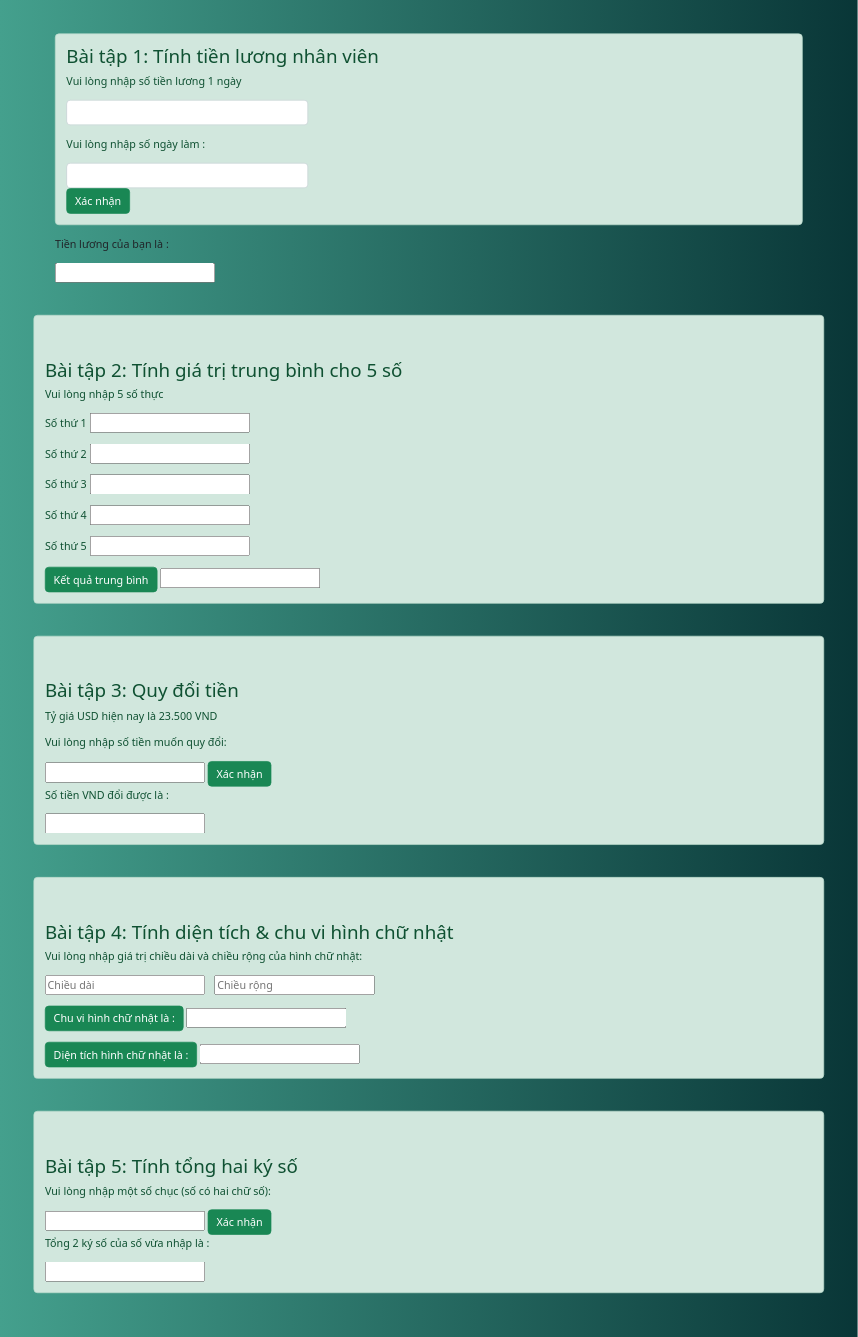
Repository: hcozyph/TranHuuPhuoc_BC43_BT_JS_Buoi2
Page: index.html
The author's editor kept a copy of each file at every save. The page is drawn from the files as they stood at one save, then again after a run of saves.
The browser window is 1280 px wide. The pictures show the whole page, at 67% of full size.

Above is the page before, as saved 2023-02-03 20:39:43.

### index.html
<!DOCTYPE html>
<html lang="en">
    <head>
        <title>BT JS - Buoi 1</title>
        <!-- Required meta tags -->
        <meta charset="utf-8" />
        <meta
            name="viewport"
            content="width=device-width, initial-scale=1, shrink-to-fit=no"
        />

        <!-- font-family -->
        <link
            href="//fonts.googleapis.com/css2?family=Pacifico&amp;display=swap"
            rel="stylesheet"
        />
        <link
            href="//fonts.googleapis.com/css2?family=Quicksand:wght@300;400;500;600;700&amp;display=swap"
            rel="stylesheet"
        />

        <!-- Bootstrap CSS v5.2.1 -->
        <link
            href="https://cdn.jsdelivr.net/npm/bootstrap@5.2.1/dist/css/bootstrap.min.css"
            rel="stylesheet"
            integrity="sha384-iYQeCzEYFbKjA/T2uDLTpkwGzCiq6soy8tYaI1GyVh/UjpbCx/TYkiZhlZB6+fzT"
            crossorigin="anonymous"
        />

        <!-- FontAwesome 6.2.0 CSS -->
        <link
            rel="stylesheet"
            href="https://cdnjs.cloudflare.com/ajax/libs/font-awesome/6.2.0/css/all.min.css"
            integrity="sha512-xh6O/CkQoPOWDdYTDqeRdPCVd1SpvCA9XXcUnZS2FmJNp1coAFzvtCN9BmamE+4aHK8yyUHUSCcJHgXloTyT2A=="
            crossorigin="anonymous"
            referrerpolicy="no-referrer"
        />

        <!-- index.css -->
        <link rel="stylesheet" href="./style/index.css" />
    </head>

    <body>
        <div class="btvn">
            <!-- BT1 -->
            <div class="container">
                <!-- BT-1 -->
                <div class="BT1 alert alert-success">
                    <h1 class="fs-3">Bài tập 1: Tính tiền lương nhân viên</h1>

                    <div class="col-4">
                        <p>Vui lòng nhập số tiền lương 1 ngày</p>

                        <input
                            type="text"
                            id="luongMotNgay"
                            class="form-control"
                        />
                    </div>

                    <div class="col-4 mt-3">
                        <p>Vui lòng nhập số ngày làm :</p>

                        <input
                            type="number"
                            id="soNgayLam"
                            class="form-control"
                        />
                    </div>


                        <button
                            class="btn btn-success"
                            id="btnXacNhan"
                            onclick="inputSoNgayLam()"
                        >
                            Xác nhận
                        </button>
                    </div>

                    <p>Tiền lương của bạn là :</p>
                    <input type="text" id="result" />
                </div>

                <!-- BT2 -->
                <div class="BT2 alert alert-success mt-5">
                    <h1 class="fs-3 mt-5">
                        Bài tập 2: Tính giá trị trung bình cho 5 số
                    </h1>
                    <p>Vui lòng nhập 5 số thực</p>

                    <p>Số thứ 1 <input type="number" id="n1" /></p>
                    <p>Số thứ 2 <input type="number" id="n2" /></p>
                    <p>Số thứ 3 <input type="number" id="n3" /></p>
                    <p>Số thứ 4 <input type="number" id="n4" /></p>
                    <p>Số thứ 5 <input type="number" id="n5" /></p>

                    <button
                        class="btn btn-success"
                        id="btnAverage"
                        onclick="average()"
                    >
                        Kết quả trung bình
                    </button>
                    <input type="text" id="average" />
                </div>

                <!-- BT3 -->
                <div class="BT3 alert alert-success mt-5">
                    <h1 class="fs-3 mt-5">Bài tập 3: Quy đổi tiền</h1>
                    <p>Tỷ giá USD hiện nay là 23.500 VND</p>
                    <p>Vui lòng nhập số tiền muốn quy đổi:</p>

                    <input type="number" id="inputUsd" />
                    <button
                        class="btn btn-success"
                        id="btnTradeMoney"
                        onclick="tradeMoney ()"
                    >
                        Xác nhận
                    </button>

                    <p>Số tiền VND đổi được là :</p>
                    <input type="text" id="tradeMoney" />
                </div>

                <!-- BT4 -->
                <div class="BT4 alert alert-success mt-5">
                    <h1 class="fs-3 mt-5">
                        Bài tập 4: Tính diện tích & chu vi hình chữ nhật
                    </h1>
                    <p>
                        Vui lòng nhập giá trị chiều dài và chiều rộng của hình
                        chữ nhật:
                    </p>

                    <input type="number" id="length" placeholder="Chiều dài" />
                    <input
                        style="margin-left: 10px"
                        type="number"
                        id="width"
                        placeholder="Chiều rộng"
                    />

                    <div class="chuVi mt-3">
                        <button class="btn btn-success" onclick="chuVi()">
                            Chu vi hình chữ nhật là :
                        </button>
                        <input type="number" id="chuVi" />
                    </div>

                    <div class="dienTich mt-3">
                        <button class="btn btn-success" onclick="dienTich()">
                            Diện tích hình chữ nhật là :
                        </button>
                        <input type="number" id="dienTich" />
                    </div>
                </div>

                <!-- BT5 -->
                <div class="BT5 alert alert-success mt-5">
                    <h1 class="fs-3 mt-5">Bài tập 5: Tính tổng hai ký số</h1>
                    <p>Vui lòng nhập một số chục (số có hai chữ số):</p>
                    <input type="number" id="inputSoChuc" />
                    <button class="btn btn-success" onclick="tong2KySo()">
                        Xác nhận
                    </button>
                    <p>Tổng 2 ký số của số vừa nhập là :</p>
                    <input type="number" id="tong2KySo" />
                </div>
            </div>
        </div>

        <!-- Bootstrap JavaScript Libraries -->
        <script
            src="https://cdn.jsdelivr.net/npm/@popperjs/core@2.11.6/dist/umd/popper.min.js"
            integrity="sha384-oBqDVmMz9ATKxIep9tiCxS/Z9fNfEXiDAYTujMAeBAsjFuCZSmKbSSUnQlmh/jp3"
            crossorigin="anonymous"
        ></script>

        <script
            src="https://cdn.jsdelivr.net/npm/bootstrap@5.2.1/dist/js/bootstrap.min.js"
            integrity="sha384-7VPbUDkoPSGFnVtYi0QogXtr74QeVeeIs99Qfg5YCF+TidwNdjvaKZX19NZ/e6oz"
            crossorigin="anonymous"
        ></script>

        <!-- js customize -->
        <script src="./index.js"></script>
    </body>
</html>

### style/index.css
.btvn {
    background: linear-gradient(to right, rgb(68, 160, 141), rgb(9, 54, 55));
    background-repeat: no-repeat;
    background-size: cover;
    margin: 0 auto;
    padding: 50px;
}

### index.js
//BT1: Tính tiền lương nhân viên
function inputSoNgayLam () {
    //input:
    var soNgayLam = document.getElementById('soNgayLam').value;
    const luongMotNgay = 100000;

    //output:
    var result = 0;

    //progress
    var result = parseInt(soNgayLam) * parseInt(luongMotNgay);

    document.getElementById('result').value = result.toLocaleString() + ' VND';
}

//BT2: Tính trung bình cộng 5 số
function average () {
    //input:
    var n1 = document.getElementById('n1').value;
    var n2 = document.getElementById('n2').value;
    var n3 = document.getElementById('n3').value;
    var n4 = document.getElementById('n4').value;
    var n5 = document.getElementById('n5').value;
    //output:
    var average = 0;
    const soLuongInput = 5;

    //progress
    var sum = parseFloat(n1) + parseFloat(n2) + parseFloat(n3) + parseFloat(n4) + parseFloat(n5);

    var average =  sum / parseFloat(soLuongInput) ;

    document.getElementById('average').value = average;
}

//BT3: Quy đổi tiền
function tradeMoney () {
    //input
    var inputUsd = document.getElementById('inputUsd').value;
    const tyGia = 23500;

    //output
    var tradeMoney = 0;

    //progress
    var tradeMoney = parseInt(inputUsd) * parseInt(tyGia);
    document.getElementById('tradeMoney').value = tradeMoney.toLocaleString() + ' VND';
}

//BT4: Tính chu vi & diện tích hình chữ nhật
function chuVi () {
    // input
    var length = document.getElementById('length').value;
    var width = document.getElementById('width').value;

    //output
    var chuVi = ( parseInt(length) + parseInt(width) ) * 2;

    //progress
    document.getElementById('chuVi').value = chuVi.toLocaleString();
}


function dienTich () {
    // input
    var length = document.getElementById('length').value;
    var width = document.getElementById('width').value;

    //output
    var dienTich = parseInt(length) * parseInt(width) ;

    //progress
    document.getElementById('dienTich').value = dienTich.toLocaleString();
}


//BT5: Tính tổng hai ký số
function tong2KySo () {
    //input
    var inputSoChuc = document.getElementById('inputSoChuc').value;
    var hangChuc = 0;
    var hangDonVi = 0;

    //output
    var tong2KySo = 0;

    //progress
    var hangChuc = Math.floor(Number(inputSoChuc)/10)
    var hangDonVi = Math.floor(Number(inputSoChuc)%10)
    var tong2KySo = parseInt(hangChuc) + parseInt(hangDonVi);

    document.getElementById('tong2KySo').value = tong2KySo;
}
/*
Link vercel:
https://tran-huu-phuoc-bc-43-bt-js-buoi1.vercel.app/
*/

After the next 2 saves:
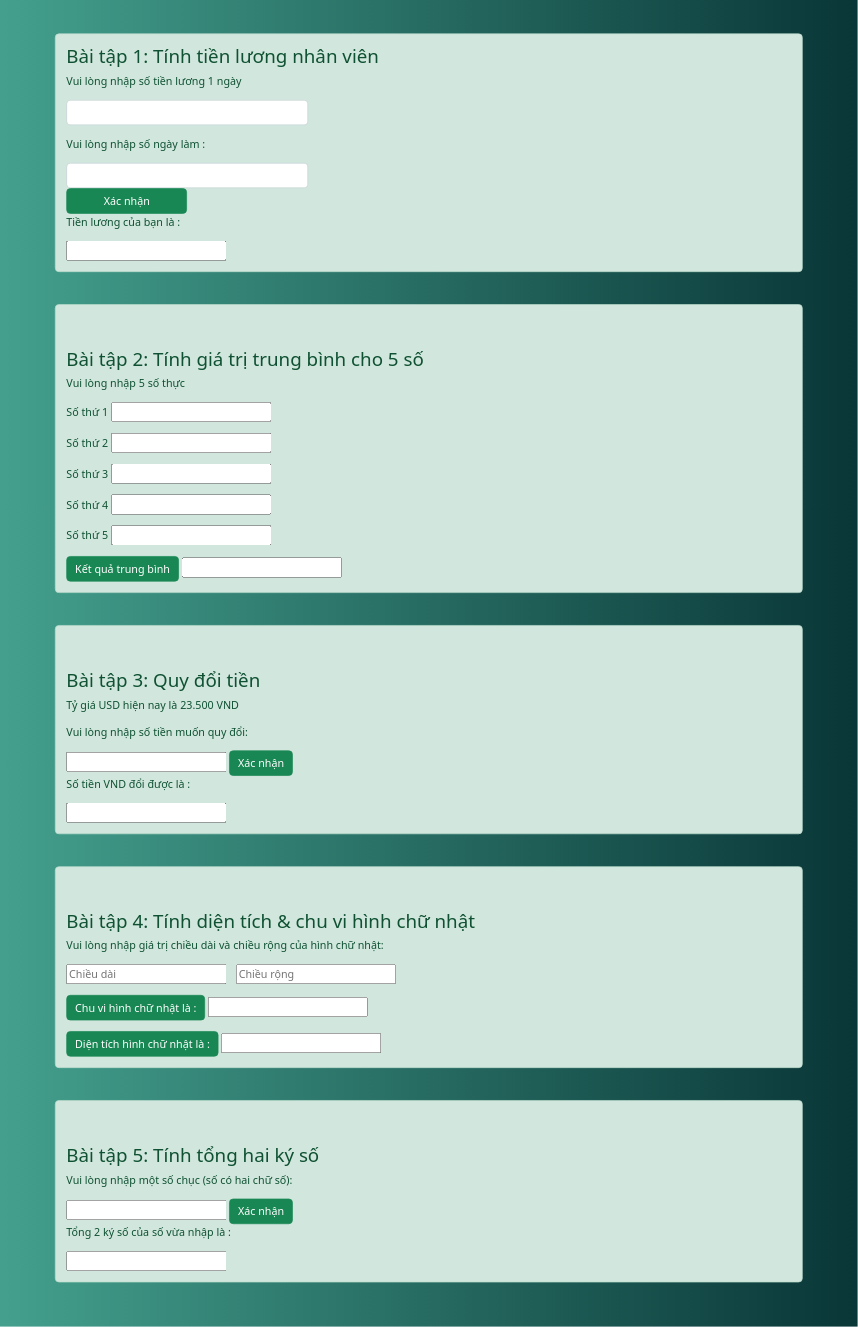
The 2 saves are shown as one change because they came seconds apart.
The last was saved 13 s later.
--- a/index.html
+++ b/index.html
@@ -68,9 +68,9 @@
                         />
                     </div>
 
-
+                    <div class="col-4">
                         <button
-                            class="btn btn-success"
+                            class="btn btn-success col-6"
                             id="btnXacNhan"
                             onclick="inputSoNgayLam()"
                         >
